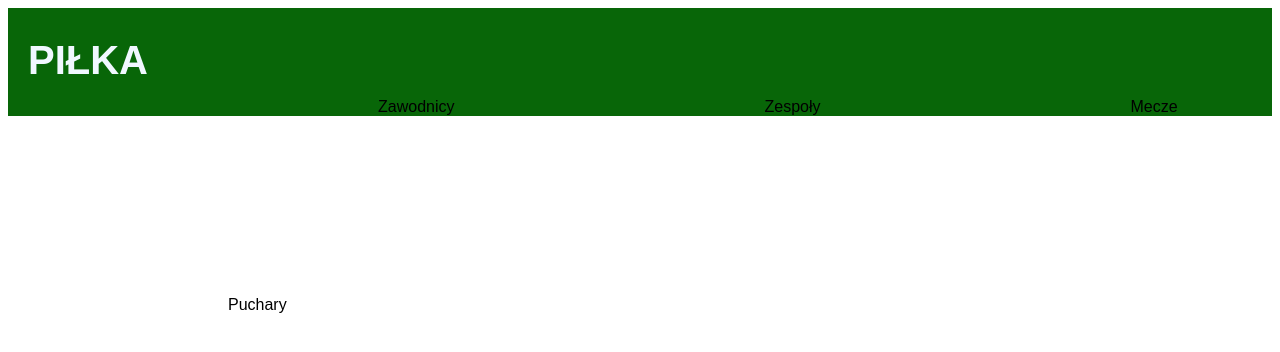
Repository: ZABA78/PAZW
Page: index.html
An editor plug-in stored every save of this project. The page is shown before and after the next save, followed by the edit.
The browser window is 1280 px wide. The pictures show the whole page.
Some web fonts or font styles are not loaded; a fallback is used.

Above is the page before, as saved 2023-10-17 14:11:14.

### index.html
<!DOCTYPE html>
<html lang="en">
<head>
    <meta charset="UTF-8">
    <meta http-equiv="X-UA-Compatible" content="IE=edge">
    <meta name="viewport" content="width=device-width, initial-scale=1.0">
    <link rel="stylesheet" href="style.css">
    <title>Piłka</title>
    <style>
        @import url('https://fonts.googleapis.com/css2?family=Tilt+Neon&display=swap');
        </style>
</head>
<body>
    <header>
        <!--<img src="pilka.png" alt="logo" class = "logo">--><h1>PIŁKA</h1>
        <nav>
            <a href="">Zawodnicy</a>
            <a href="">Zespoły</a>
            <a href="">Mecze</a>
            <a href="">Puchary</a>
        </nav>
    </header>
</body>
</html>

### style.css
*
{
    font-family: 'Tilt Neon', sans-serif;


}
.logo
{
    height: 100vh;

}
h1
{
    padding: 10px;
    font-size: 40px;
    float: left;
    margin-left: 10px;
    margin-top: 20px;
}
header
{
    background-color: rgb(8, 102, 8);
    height: 15vh;
    color: aliceblue;
}
a
{
padding: 90px;
text-align: center;
float: left;
margin-left: 130px;
text-decoration: none;
color: black;
}
a:hover
{
    background-color: white;
}

After the next save:
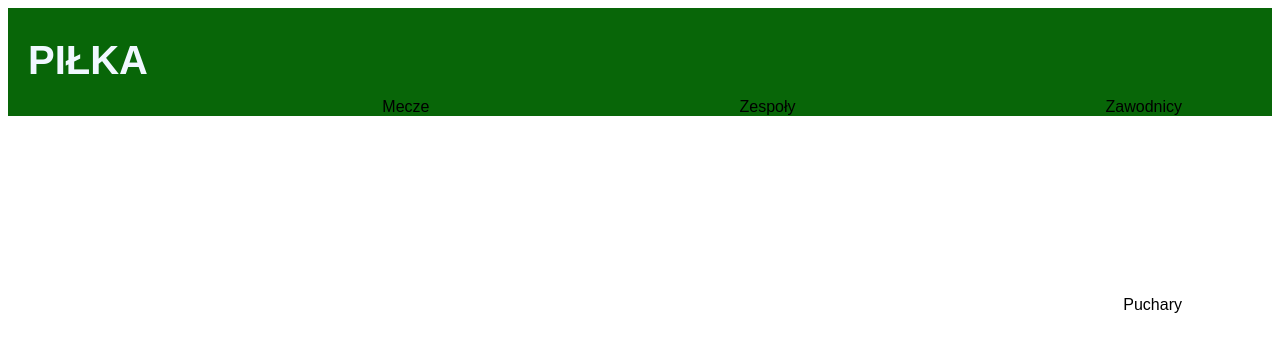
Saved 6 s later.
--- a/style.css
+++ b/style.css
@@ -27,7 +27,7 @@
 {
 padding: 90px;
 text-align: center;
-float: left;
+float: right;
 margin-left: 130px;
 text-decoration: none;
 color: black;

After the save that followed:
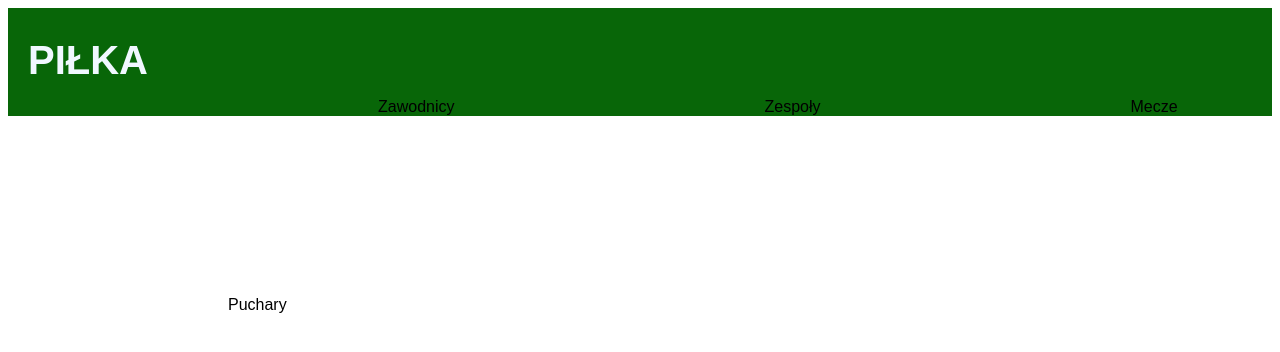
Saved 9 s later.
--- a/style.css
+++ b/style.css
@@ -27,7 +27,7 @@
 {
 padding: 90px;
 text-align: center;
-float: right;
+float: left;
 margin-left: 130px;
 text-decoration: none;
 color: black;
